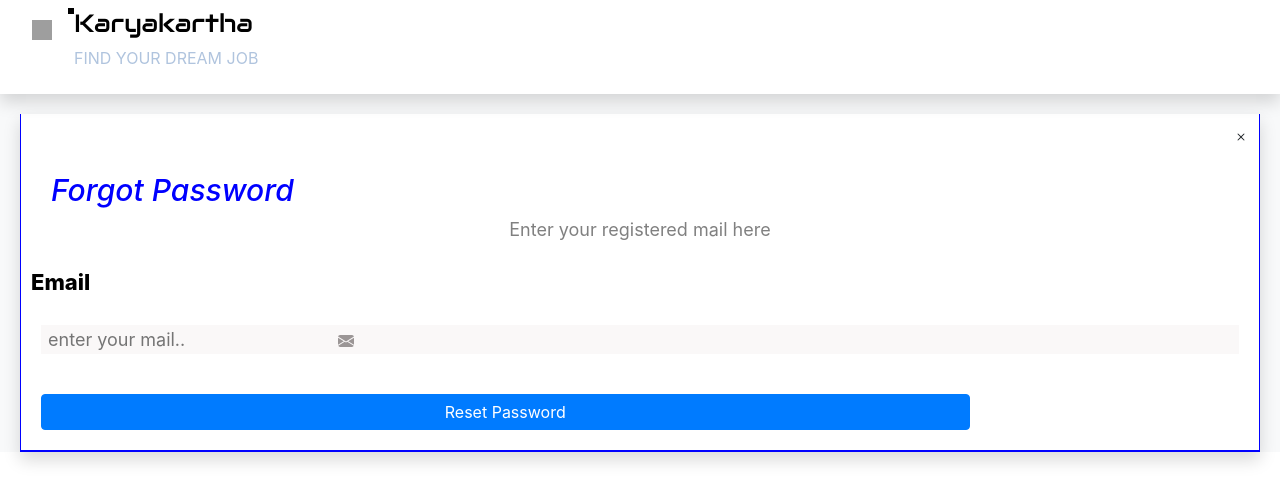
Repository: siri548/Karyakartha
Page: forgotPage.html
The author's editor kept a copy of each file at every save. The page is drawn from the files as they stood at one save, then again after a run of saves.
The browser window is 1280 px wide. The pictures show the whole page.
Pictures or frames that could not be fetched are drawn as grey boxes.

Above is the page before, as saved 2023-11-04 18:15:39.
Console error (its wording comes from the project's code and is left out).

After the next 2 saves:
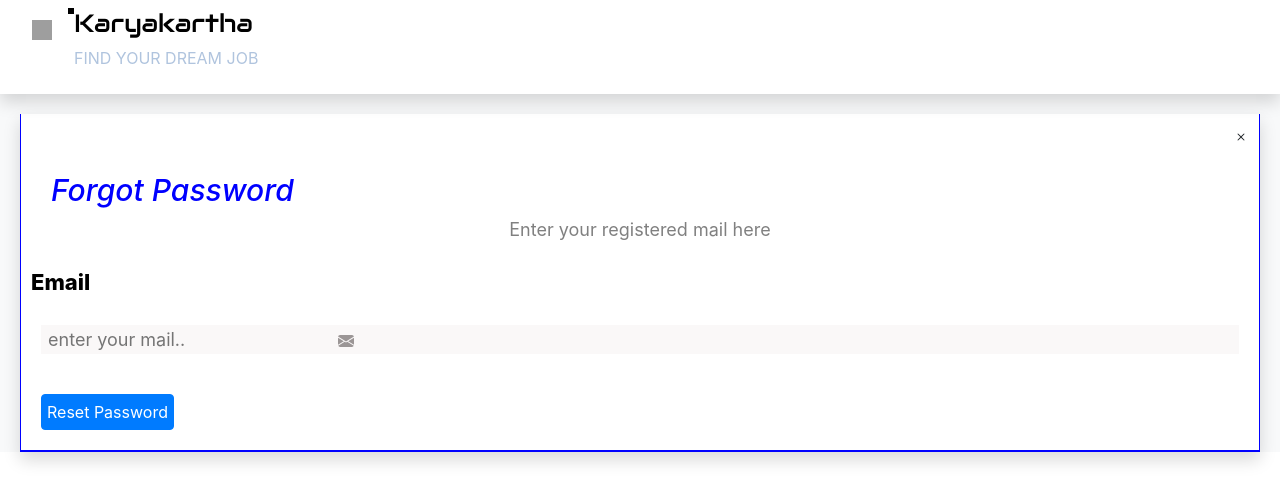
The 2 saves are shown as one change because they came seconds apart.
The last was saved 15 s later.
--- a/forgotPage.html
+++ b/forgotPage.html
@@ -79,7 +79,7 @@
 
             </div>
 
-            <button class=" btn btn-primary forgotPage-resetButton w-75">Reset Password</button>
+            <button class=" btn btn-primary forgotPage-resetButton w-80">Reset Password</button>
 
         </div>
     </div>
